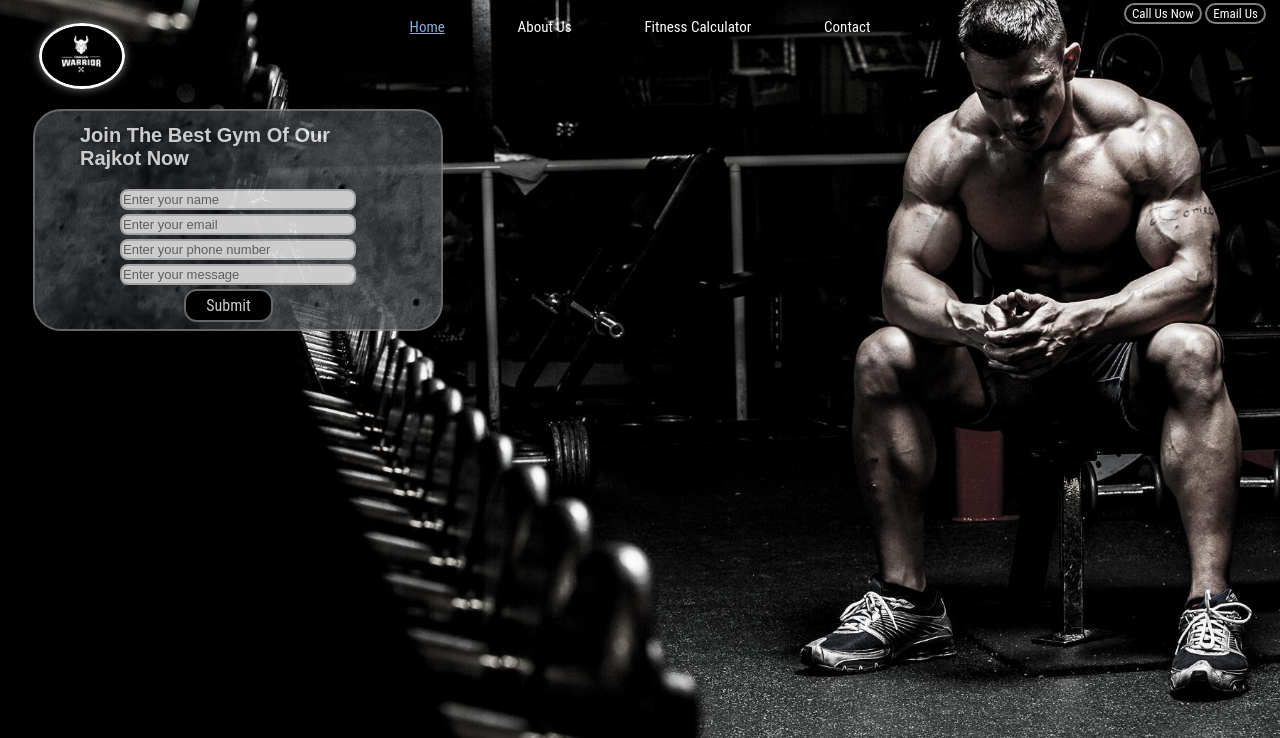
Repository: asthaasquare/project-1
Page: project-1/index.html
An editor plug-in stored every save of this project. The page is shown before and after the next save, followed by the edit.
The browser window is 1280 px wide. The pictures show the whole page.
Some web fonts or font styles are not loaded; a fallback is used.

Above is the page before, as saved 2024-05-10 10:40:56.

### project-1/index.html
  <!DOCTYPE html>
  <html lang="en">
  <head>
    <meta charset="UTF-8" />
    <meta name="viewport" content="width=device-width, initial-scale=1.0" />
    <title>Fit World</title>
    <link rel="preconnect" href="https://fonts.googleapis.com" />
    <link rel="preconnect" href="https://fonts.gstatic.com" crossorigin />
    <link href="https://fonts.googleapis.com/css2?family=Jersey+10&display=swap" rel="stylesheet" />
    <link rel="stylesheet" href="css/style.css" />
    <style>
      body {
        color: white;
        margin: 0;
        padding: 0;
        background-image: url("img/1087639.jpg");
        background-size: cover; /* This will make sure the image covers the entire background */
        background-position: center; /* This will center the image within the container */
        height: 100vh; /* This will set the height of the background to the viewport height */
        font-family: "Roboto Condensed", sans-serif;
        font-optical-sizing: auto;
      }

      .left {
        /* border: 2px double rgb(75, 62, 62); */
        display: inline-block;
        position: absolute;
        top: 0px;
        left: 34px;
        padding: 5px; /* Add some padding around the logo */
      }

      .left img {
        width: 80px;
        height: auto;
        border-radius: 50%;
        border: 3px solid white;
        box-shadow: 0 0 10px rgba(255, 255, 255, 0.5);
      }

      .left div {
        line-height: 0px;
      }

      .mid {
        margin: 18px auto;
        display: block;
        width: 36%;

      }

      .right {
        position: absolute;
        display: inline-block;
        /* border: 2px double rgb(100, 96, 222); */
        top: 0px;
        right: 34px;
      }

      .navbar {
        display: flex;
        justify-content: space-between;
        align-items: center;
        padding: 0;
      }

      .navbar li {
        font-size: 15px;
        list-style: none; /* Remove default list styles */
        margin-right: 20px; /* Add some spacing between navbar items */
      }

      .navbar li a {
        color: white;
        text-decoration: none;
      }

      .navbar li a:hover,
      .navbar li a.active {
        text-decoration: underline;
        color: rgb(136, 177, 215);
      }

      .navbar li:last-child {
        margin-right: 0; /* Remove margin from the last navbar item */
      }

      .header {
        position: relative; /* Set position to relative to allow absolute positioning of child elements */
      }

      .container {
        border: 2px solid grey;
        margin: 73px 33px;
        padding: 75px;
        width: 20%;
        background-image: url(img/bg1.jpg);
        opacity: 80%;
        z-index: -1;
        height: 68px;
        border-radius: 28px;
      }

      .btn {
        margin: 0px 0px;
        color: white;
        background-color: black;
        position: relative;
        right: 22px;
        top: -15px;
        left: 20px;
        border: 2px solid grey;
        border-radius: 13px;
        font-size: 13px;
        cursor: pointer;
        transition: background-color 0.3s, border-color 0.3s;
        font-family: "Roboto Condensed", sans-serif;
      }

      .btn:hover {
        background-color: grey; /* Change background color on hover */
        border-color: black; /* Change border color on hover */
      }

      h1 {
        position: relative;
        top: -75px;
        color: white;
        font-size: 20px; /* Adjust the font size as needed */
        font-weight: bold; /* Optionally adjust the font weight */
        font-family: 'Poetsen One', sans-serif; /* Apply the Poetsen One font */
        text-shadow: 2px 2px 8px rgba(0, 0, 0, 0.5); /* Update the text shadow */
        width: 280px;
        padding: 0px;
        right: 30px;
      }

      .form {
      text-align: center; /* Center align the form elements */
      position: relative;
      bottom: 70px;

    }

    .form-group {
      margin-bottom: 4px; /* Add some spacing between form groups */
      bottom: 50px;
    }

    input[type="text"] {
      width: calc(100% - 20px); /* Make text inputs fill the width of their container minus the padding */
      padding: 1px; /* Add padding to text inputs */
      border: 2px solid #ccc; /* Add border to text inputs */
      border-radius: 8px; /* Add border radius to text inputs */
      font-size: 13px; /* Adjust the font size of text inputs */
      box-sizing: border-box; /* Include padding and border in the element's total width and height */
    }

    .btn1 {
      color: white;
      background-color: black;
      border: 2px solid grey;
      border-radius: 13px;
      margin-right: 19px;
      font-size: 16px;
      padding: 5px 20px; /* Add padding to the button */
      cursor: pointer;
      transition: background-color 0.3s, border-color 0.3s;
      font-family: "Roboto Condensed", sans-serif;
    }

    .btn1:hover {
      background-color: grey; /* Change background color on hover */
      border-color: black; /* Change border color on hover */
    }
    </style>
  </head>
  <body>
    <header class="header">
      <div class="left">
        <img src="img/logo.jpg" alt="Logo" />
      </div>
      <div class="mid">
        <ul class="navbar">
          <li><a href="#" class="active">Home</a></li>
          <li><a href="#">About Us</a></li>
          <li><a href="#">Fitness Calculator</a></li>
          <li><a href="#">Contact</a></li>
        </ul>
      </div>
      <div class="right">
        <button class="btn">Call Us Now</button>
        <button class="btn">Email Us</button>
      </div>
    </header>
    <div class="container">
      <h1>Join The Best Gym Of Our Rajkot Now</h1>

      <form action="noaction.php" class="form">

        <div class="form-group">
          <input type="text" name="name" placeholder="Enter your name">
        </div>
        <div class="form-group">
          <input type="text" name="email" placeholder="Enter your email">
        </div>
        <div class="form-group">
          <input type="text" name="phone" placeholder="Enter your phone number">
        </div>
        <div class="form-group">
          <input type="text" name="message" placeholder="Enter your message">
        </div>
        <button type="submit" class="btn1">Submit</button>
      </form>
    </div>
  </body>
  </html>

Loaded but not shown: project-1/css/style.css (no stored copy; drawn as an empty file)

After the next save:
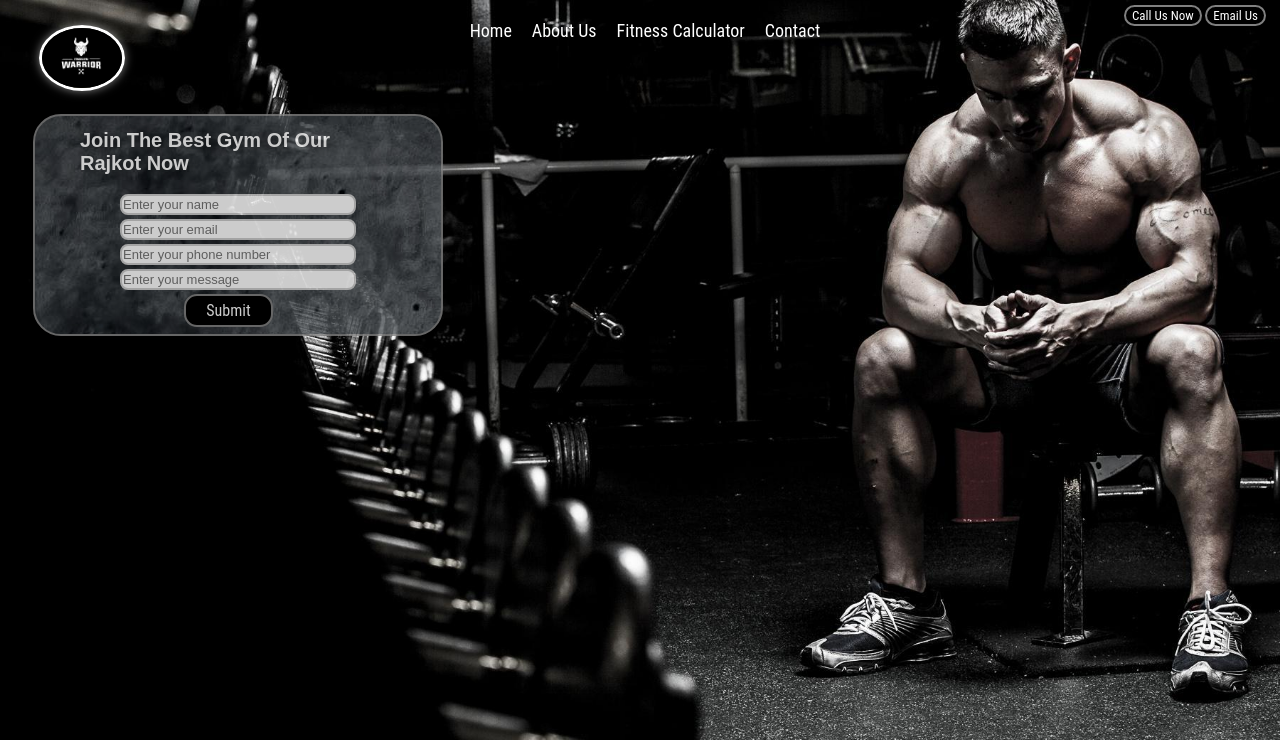
Saved 30 s later.
--- a/project-1/index.html
+++ b/project-1/index.html
@@ -58,28 +58,27 @@
       }
 
       .navbar {
-        display: flex;
-        justify-content: space-between;
-        align-items: center;
-        padding: 0;
-      }
-
-      .navbar li {
-        font-size: 15px;
-        list-style: none; /* Remove default list styles */
-        margin-right: 20px; /* Add some spacing between navbar items */
-      }
-
-      .navbar li a {
-        color: white;
-        text-decoration: none;
-      }
-
-      .navbar li a:hover,
-      .navbar li a.active {
-        text-decoration: underline;
-        color: rgb(136, 177, 215);
-      }
+      margin-top: 20px;
+      padding: 0;
+      list-style: none;
+      display: flex;
+      justify-content: center;
+    }
+
+    .navbar li {
+      margin: 0 10px;
+    }
+
+    .navbar li a {
+      color: white;
+      text-decoration: none;
+      font-size: 18px;
+      transition: color 0.3s;
+    }
+
+    .navbar li a:hover {
+      color: rgb(136, 177, 215);
+    }
 
       .navbar li:last-child {
         margin-right: 0; /* Remove margin from the last navbar item */

After the save that followed:
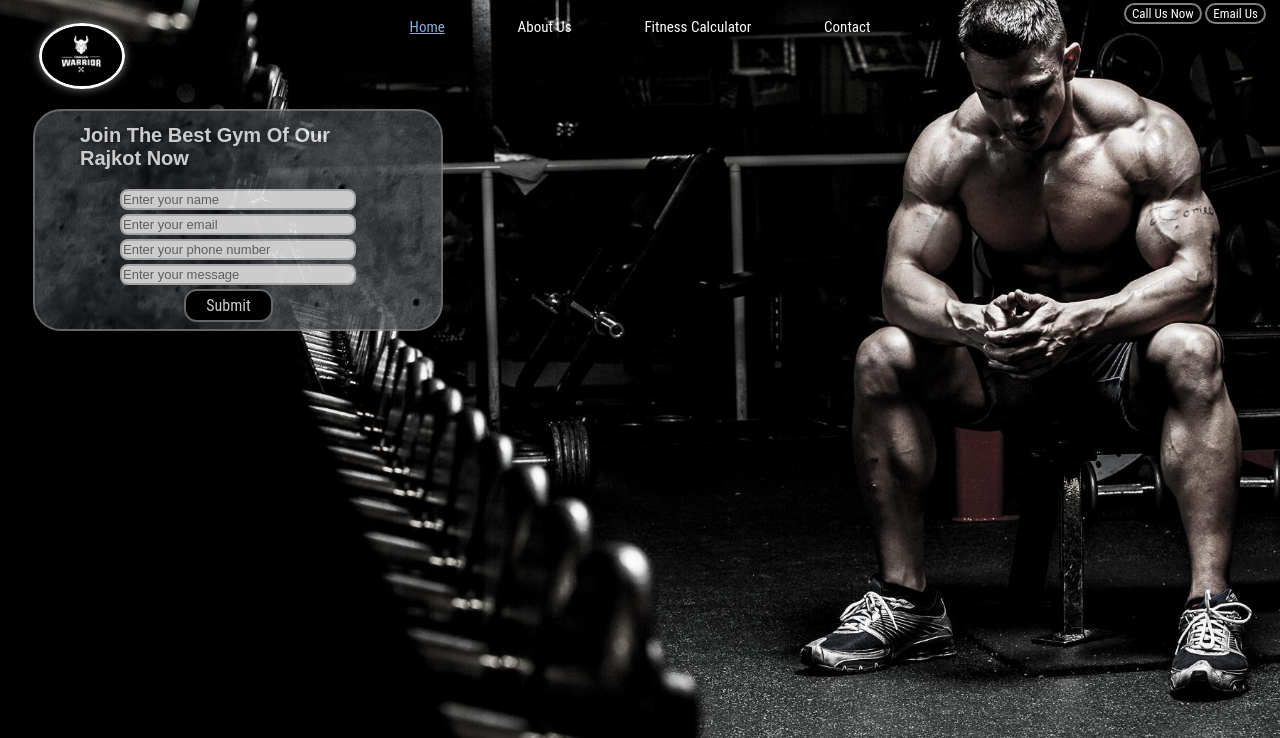
Saved 7 s later.
--- a/project-1/index.html
+++ b/project-1/index.html
@@ -58,27 +58,28 @@
       }
 
       .navbar {
-      margin-top: 20px;
-      padding: 0;
-      list-style: none;
-      display: flex;
-      justify-content: center;
-    }
-
-    .navbar li {
-      margin: 0 10px;
-    }
-
-    .navbar li a {
-      color: white;
-      text-decoration: none;
-      font-size: 18px;
-      transition: color 0.3s;
-    }
-
-    .navbar li a:hover {
-      color: rgb(136, 177, 215);
-    }
+        display: flex;
+        justify-content: space-between;
+        align-items: center;
+        padding: 0;
+      }
+
+      .navbar li {
+        font-size: 15px;
+        list-style: none; /* Remove default list styles */
+        margin-right: 20px; /* Add some spacing between navbar items */
+      }
+
+      .navbar li a {
+        color: white;
+        text-decoration: none;
+      }
+
+      .navbar li a:hover,
+      .navbar li a.active {
+        text-decoration: underline;
+        color: rgb(136, 177, 215);
+      }
 
       .navbar li:last-child {
         margin-right: 0; /* Remove margin from the last navbar item */
